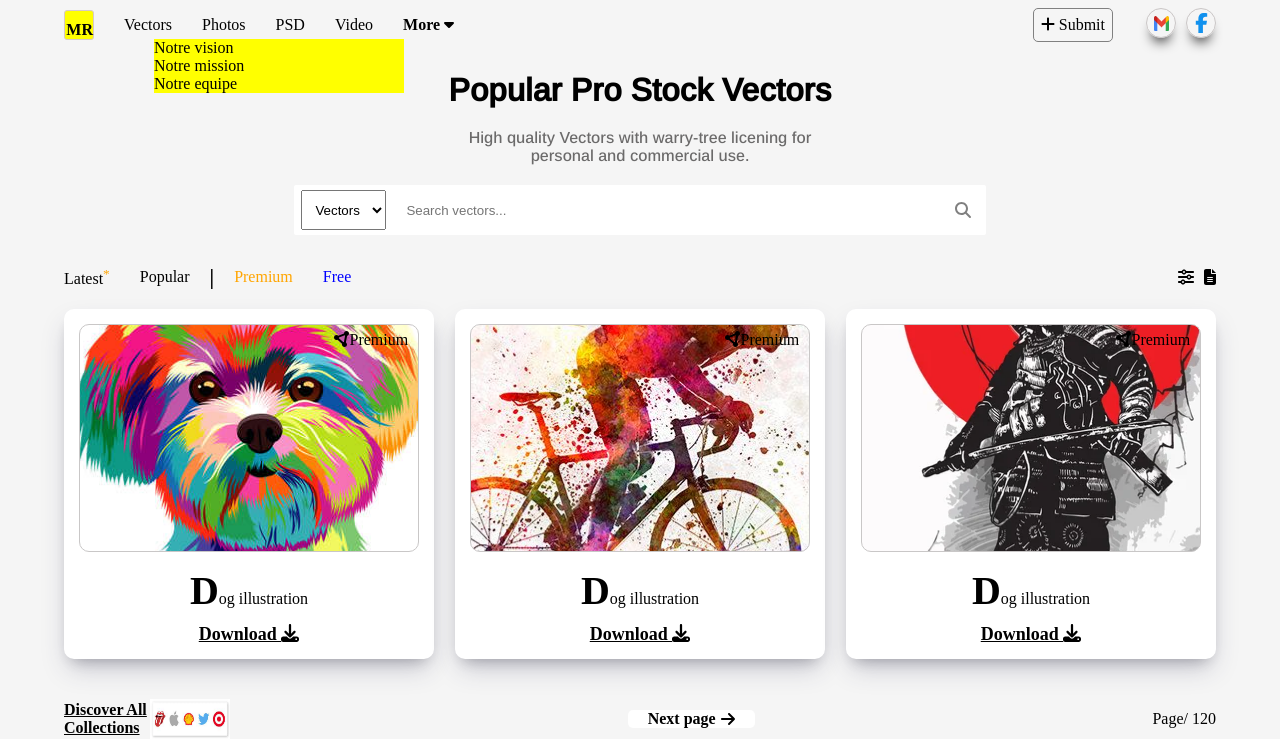
Repository: kegbaDev/VectorTemplate
Page: /
The author's editor kept a copy of each file at every save. The page is drawn from the files as they stood at one save, then again after the next save.
The browser window is 1280 px wide. The pictures show the whole page.
The project was rebuilt for these pictures with package versions that can differ from the ones it lists, and the page was loaded fresh each time. Also part of the build but not shown: vite.config.js.

Above is the page before, as saved 2023-04-14 01:50:26.

After the next save:
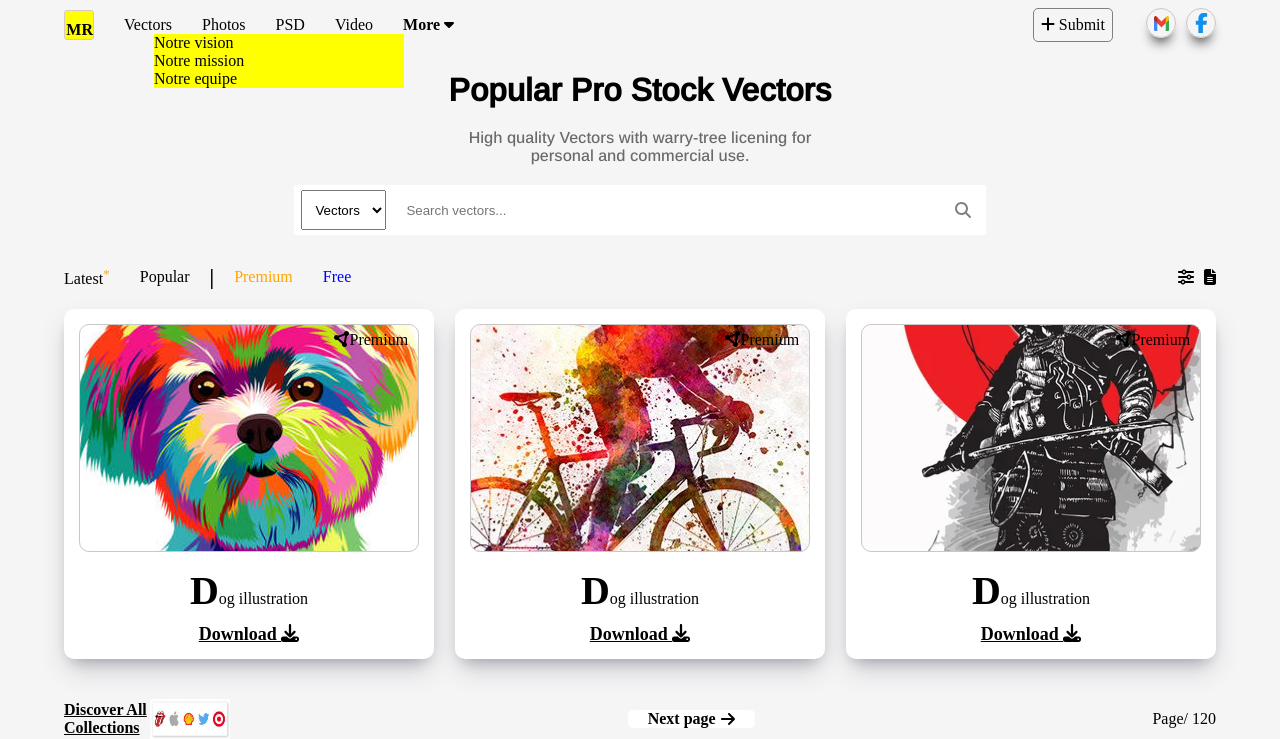
Saved 4 s later.
--- a/src/App.vue
+++ b/src/App.vue
@@ -243,7 +243,7 @@ ul li{
   display: block;
   background-color: yellow;
   width: 250px;
-  margin-top: 5px;
+  margin-top: px;
 }
 
               /* Menu deroulant */
